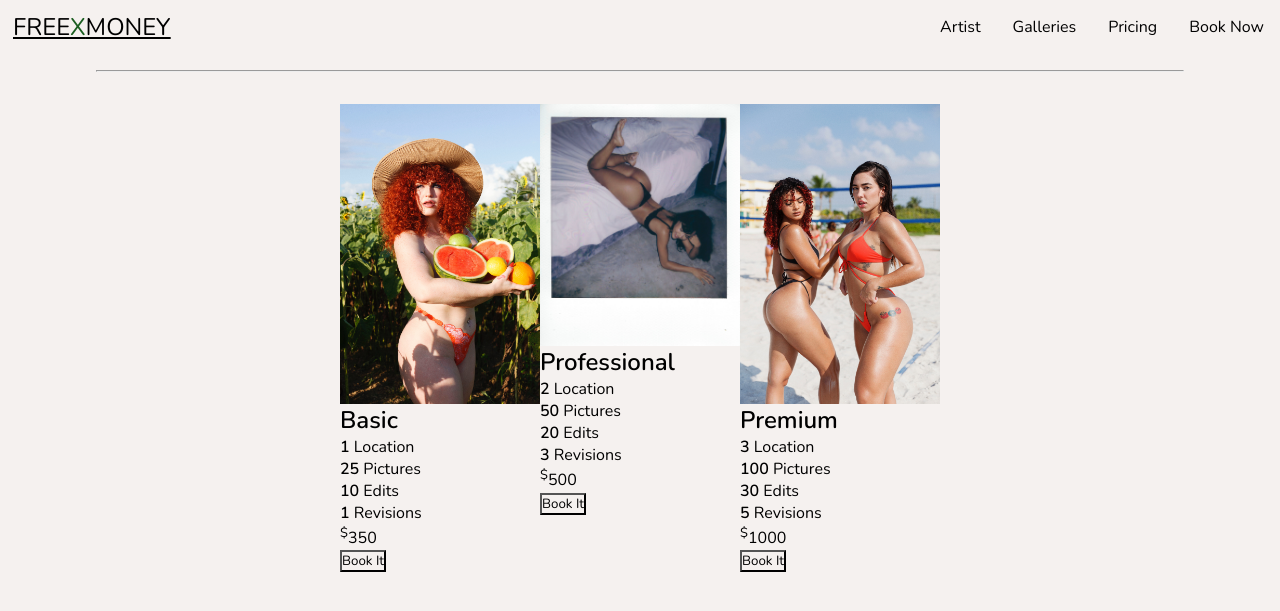
Repository: burntaftermint/freexmoney-draft
Page: price.html
The author's editor kept a copy of each file at every save. The page is drawn from the files as they stood at one save, then again after the next save.
The browser window is 1280 px wide. The pictures show the whole page.
Some web fonts or font styles are not loaded; a fallback is used.

Above is the page before, as saved 2024-06-11 01:46:21.

After the next save:
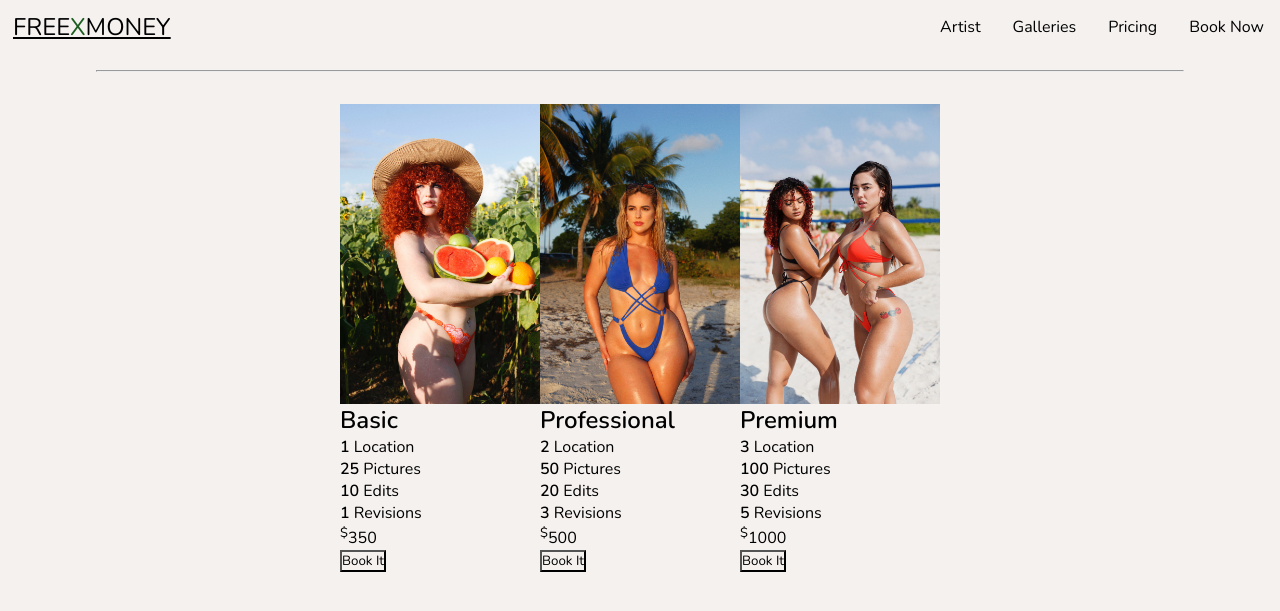
Saved 5 s later.
--- a/price.html
+++ b/price.html
@@ -57,7 +57,7 @@
         <div class="card-wrapper">
             <!-- card header -->
             <div class="card-header">
-                <img src="images/5.JPG" alt="basic">
+                <img src="images/4.JPG" alt="basic">
                 <h2>Professional</h2>
             </div>
             <!-- card detail -->
